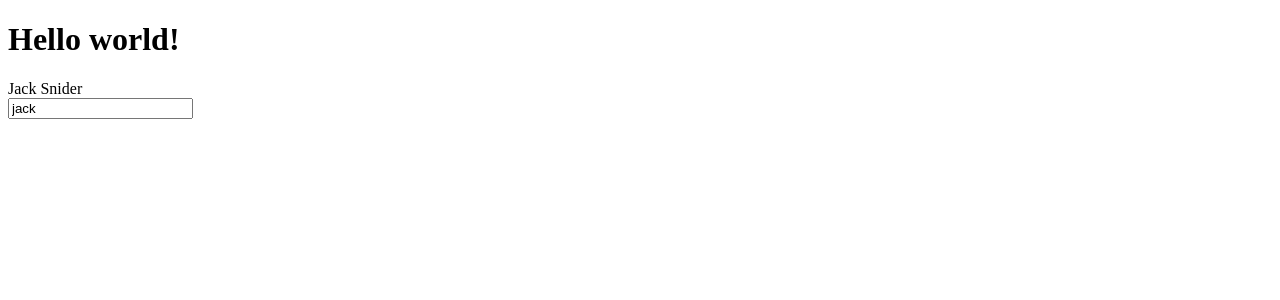
Repository: Jack-Snider/JSP-PlayGround
Page: http://localhost/TEST/views/test.jsp
These files come from the project's save history. The page is drawn as it stood at one moment and after the next save; the edit follows.
The browser window is 1280 px wide. The pictures show the whole page.
The page is served by Tomcat 9. Other server files are loaded and not shown.

Above is the page before, as saved 2022-10-03 05:14:22.

### TEST/src/main/webapp/views/test.jsp
<%@ page language="java" contentType="text/html; charset=EUC-KR"
    pageEncoding="EUC-KR"%>
<!DOCTYPE html>
<html>
	<head>
		<meta charset="EUC-KR">
		<title>Jack Snider Test</title>
		<script src="https://code.jquery.com/jquery-3.4.1.js"
				integrity="sha256-WpOohJOqMqqyKL9FccASB9O0KwACQJpFTUBLTYOVvVU="
				crossorigin="anonymous">
		</script>

		<script type="text/javascript">

			$( "jack" ).on( "click", function(){

			});

		</script>

	</head>
	<body>
		<h1>Hello world!</h1>
		<div id = "jack">Jack Snider</div>
		<form action="<%= request.getContextPath()%>/jacksnider.do" method = "post">
			<input type = "text" value = "jack">
		</form>
	</body>
</html>

After the next save:
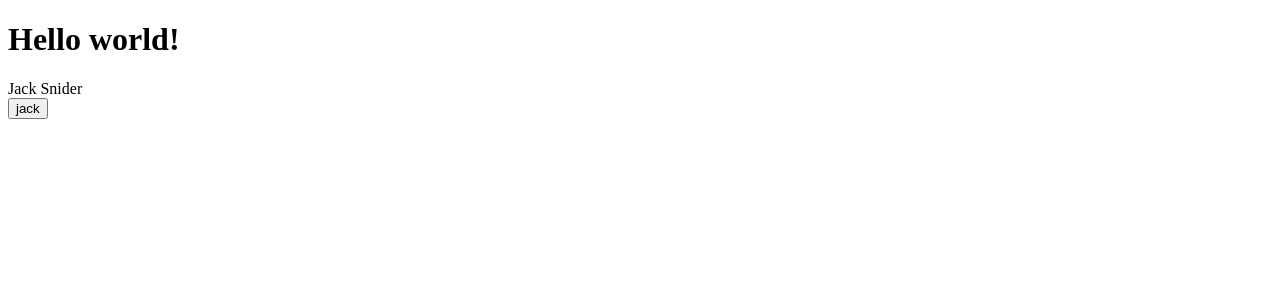
Saved 10 s later.
--- a/TEST/src/main/webapp/views/test.jsp
+++ b/TEST/src/main/webapp/views/test.jsp
@@ -23,7 +23,7 @@
 		<h1>Hello world!</h1>
 		<div id = "jack">Jack Snider</div>
 		<form action="<%= request.getContextPath()%>/jacksnider.do" method = "post">
-			<input type = "text" value = "jack">
+			<input type = "button" value = "jack">
 		</form>
 	</body>
 </html>
